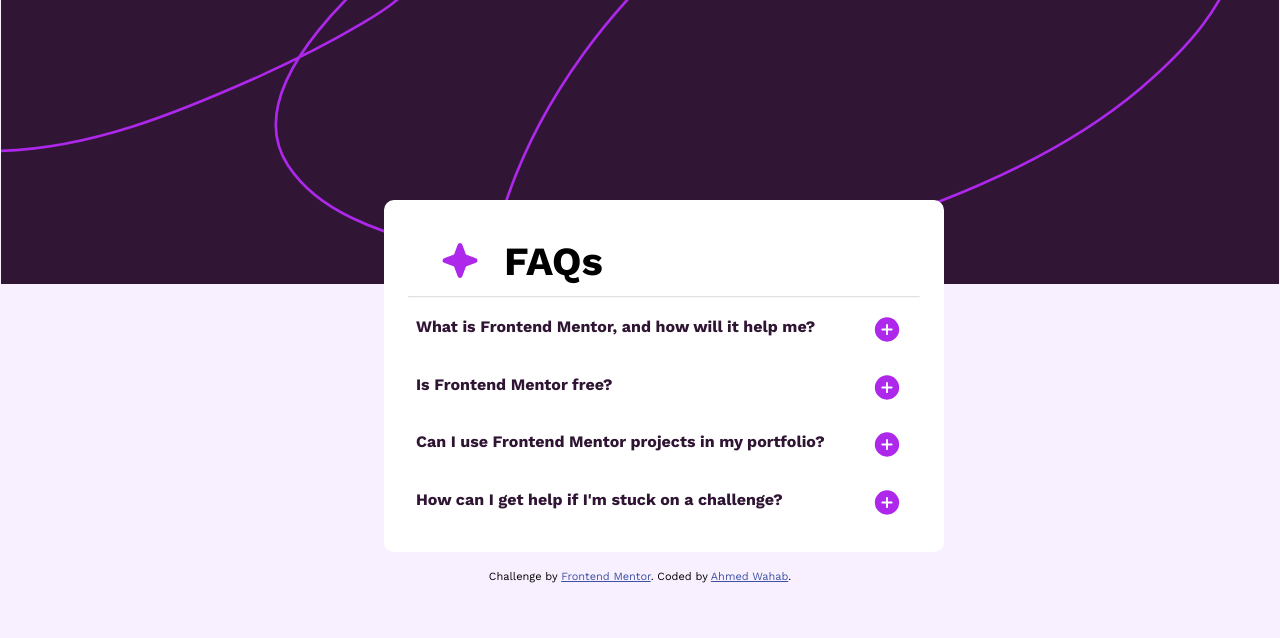
Repository: imokha01/accordion-main
Page: index.html
The author's editor kept a copy of each file at every save. The page is drawn from the files as they stood at one save, then again after the next save.
The browser window is 1280 px wide. The pictures show the whole page.

Above is the page before, as saved 2023-12-28 14:06:28.

### index.html
<!DOCTYPE html>
<html lang="en">
  <head>
    <meta charset="UTF-8" />
    <meta name="viewport" content="width=device-width, initial-scale=1.0" />
    <!-- displays site properly based on user's device -->
    <link rel="stylesheet" href="./index.css">
    <link
      rel="stylesheet"
      href="https://cdnjs.cloudflare.com/ajax/libs/font-awesome/6.5.1/css/all.min.css"
      integrity="sha512-DTOQO9RWCH3ppGqcWaEA1BIZOC6xxalwEsw9c2QQeAIftl+Vegovlnee1c9QX4TctnWMn13TZye+giMm8e2LwA=="
      crossorigin="anonymous"
      referrerpolicy="no-referrer"
    />
    <link
      rel="icon"
      type="image/png"
      sizes="32x32"
      href="./assets/images/favicon-32x32.png"
    />
    <link rel="preconnect" href="https://fonts.googleapis.com" />
    <link rel="preconnect" href="https://fonts.gstatic.com" crossorigin />
    <link
      href="https://fonts.googleapis.com/css2?family=Work+Sans:wght@400;600;700&display=swap"
      rel="stylesheet"
    />
    <title>Frontend Mentor | FAQ accordion</title>
    <!-- Feel free to remove these styles or customise in your own stylesheet 👍 -->
    <style>
      .attribution {
        font-size: 11px;
        text-align: center;
        margin-top: 1rem;
      }
      .attribution a {
        color: hsl(228, 45%, 44%);
      }
    </style>
  </head>
  <body>
    <div class="container">
      <div class="wrapper">
        <!-- first div content -->
        <main>
          <div id="header">
            <img src="./assets/images/icon-star.svg" alt="star-icon">
            <p id="headerpara">FAQs</p>
          </div>
          <hr>
          <div class="Div" id="div1">
            <div class="title">
              <p class="question">What is Frontend Mentor, and how will it help me?</p>
            </div>
            <div class="para">
              <p id="para1">
                Frontend Mentor offers realistic coding challenges to help developers
                improve their frontend coding skills with projects in HTML, CSS, and
                JavaScript. It's suitable for all levels and ideal for portfolio
                building.
              </p>
            </div>
          </div>
          <!-- second div content -->
          <div class="Div" id="div2">
            <div class="title">
              <p class="question">Is Frontend Mentor free?</p>
            </div>
            <div class="para">
              <p id="para2">
                Yes, Frontend Mentor offers both free and premium coding challenges,
                with the free option providing access to a range of projects suitable
                for all skill levels.
              </p>
            </div>
          </div>
          <!-- third div content -->
          <div class="Div" id="div3">
            <div class="title">
              <p class="question">Can I use Frontend Mentor projects in my portfolio?</p>
            </div>
            <div class="para">
              <p id="para3">
                Yes, you can use projects completed on Frontend Mentor in your
                portfolio. It's an excellent way to showcase your skills to potential
                employers!
              </p>
            </div>
          </div>
          <!-- fourth div content -->
          <div class="Div" id="div4">
            <div class="title">
              <p class="question">How can I get help if I'm stuck on a challenge?</p>
            </div>
            <div class="para">
              <p id="para4">
                The best place to get help is inside Frontend Mentor's Discord
                community. There's a help channel where you can ask questions and seek
                support from other community members.
              </p>
            </div>
          </div>
        </main>
        <!-- footer div -->
        <div class="attribution">
          Challenge by
          <a href="https://www.frontendmentor.io?ref=challenge" target="_blank"
            >Frontend Mentor</a
          >. Coded by <a href="#">Ahmed Wahab</a>.
        </div>
      </div>
    </div>
    <script src="./index.js"></script>
  </body>
</html>

### index.css
:root {
    --White: hsl(0, 0%, 100%);
    --lightPink: hsl(275, 100%, 97%);
    --grayishPurple: hsl(292, 16%, 49%);
    --darkPurple:  hsl(292, 42%, 14%);
    --workSans: 'Work Sans', sans-serif;
}

* {
    margin: 0;
    padding:0;
    box-sizing: border-box;
}

body {
    font-size: 16px;
    font-family: var(--workSans);
    background-color: var(--lightPink);
    position: relative;
    line-height: 1.6;
}

.container  {
    background-image: url("./assets/images/background-pattern-desktop.svg");
    background-repeat: no-repeat;
    background-size: contain;
    display: flex;
    flex-direction: column;
    justify-content: center;
    align-items: center;
    overflow: hidden;
}

hr {
    background-color: var(--lightPink);
    margin-top: .7rem;
    opacity: 0.3;
}

.wrapper {
    width: 35rem;
    padding: 1.5rem;
    left: 30rem;
    border-radius: 10px;
    transition: height 0.5s ease-in 1ms;
}

main  {
    background-color: #fff;
    border-radius: 10px;
    padding: inherit;
    width: inherit;
    overflow: hidden;
    margin-top: 11em;
    transition: height 0.5s ease-in 1ms;
    overflow: hidden;
    scrollbar-gutter: none ;
}

#headerpara {
    font-size: 2.5rem;
    font-weight: 700;
    margin : -.6rem 1.5rem;

}

#header > img{
    padding-left: 2rem;
}

div#header {
    display: flex;
    flex-direction: row;
    justify-content: flex-start;
    align-items: flex-start;
    width: 10rem;
    margin-top: 1rem;
}

.Div {
    display: flex;
    flex-direction: column;
    justify-content: space-between ;
    padding: 1rem .5rem;
    height: fit-content;
    transition: height 0.5s ease-in;

}

.title {
    display: flex;;
    justify-content: space-between;
}

.Div div  img {
    cursor: pointer;
}

.title p {
    font-weight: 700;
    color: var(--darkPurple);
    cursor: pointer;
}

.para {
    color: var(--grayishPurple);
    margin-top: 1.2rem;
    transition: height 0.5s ease-in 1s;
    overflow: hidden;
    display: none;
}

.title{
    position: relative;
    width: 90%;

}

.title p:hover {
    color: #AD2AEB;
}

.title::after{
    content:  url(./assets/images/icon-plus.svg);
    position: absolute;
    right: -40px;
}

.active::after{
    content: url(./assets/images/icon-minus.svg);
    right: -40px;

}

.active, .question:hover {
    content: "";
}

@media (max-width: 768px){
    .container {
        background-image: url(./assets/images/background-pattern-mobile.svg);
        margin: 0;
    }
    main {
        transform: scale(1.02);
    }
    .wrapper, main {
        width: 100%;
        margin: 3rem -.1rem ;
    }

    .title {
        width: 14rem;
    }

    .title::after,
    .active::after {
        right: -6.2rem;
    }


    .para {
        font-size: .85rem;
    }

    #header > img{
        padding-left: 1rem;
        width: 3rem;
    }

    #headerpara {
        font-size: 2.2rem;
        font-weight: 700;


    }

}

### index.js
// const answer = document.getElementsByClassName("para");
const question = document.getElementsByClassName("title");

for (let i = 0; i < question.length; i++ ) {
    question[i].addEventListener("click", function(){
        this.classList.toggle("active");
        let active = this.addEventListener.nextElementSibling;
        let para = this.nextElementSibling;
        if(para.style.display === "block"){
            para.style.display = "none";
        } else {
            para.style.display = "block";
        }
    });
}





// var acc = document.getElementsByClassName("accordion");
// var i;

// for (i = 0; i < acc.length; i++) {
//   acc[i].addEventListener("click", function() {
//     /* Toggle between adding and removing the "active" class,
//     to highlight the button that controls the panel */
//     this.classList.toggle("active");

//     /* Toggle between hiding and showing the active panel */
//     var panel = this.nextElementSibling;
//     if (panel.style.display === "block") {
//       panel.style.display = "none";
//     } else {
//       panel.style.display = "block";
//     }
//   });
// }

After the next save:
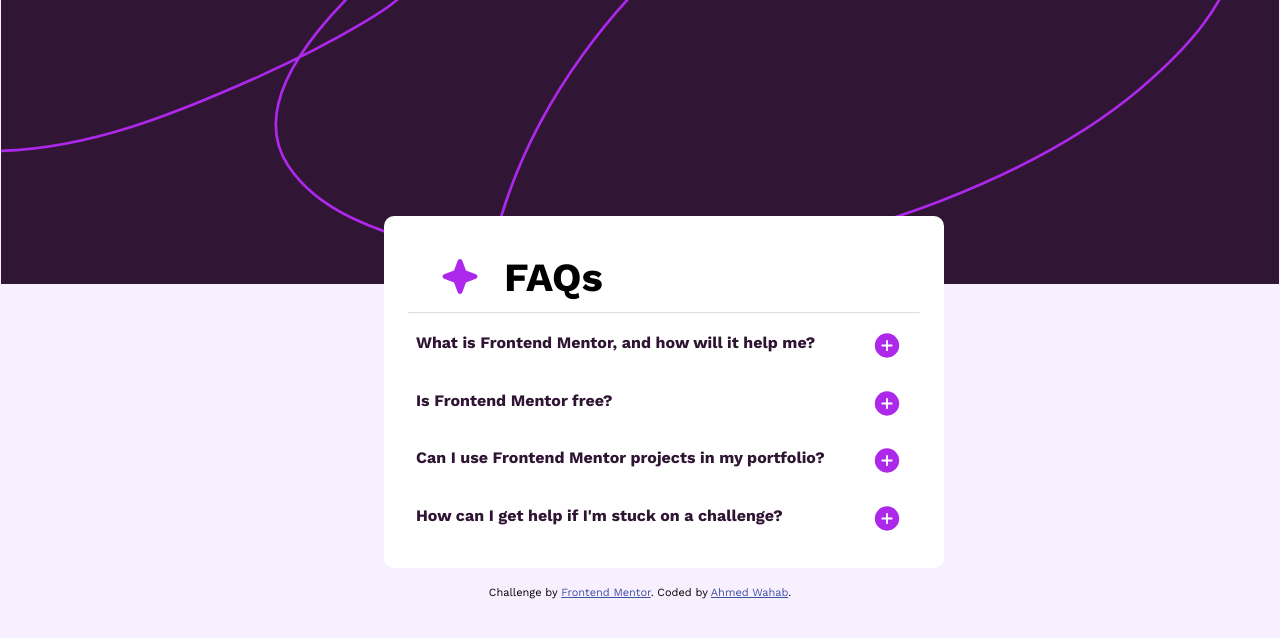
Saved 4 s later.
--- a/index.css
+++ b/index.css
@@ -51,7 +51,7 @@
     padding: inherit;
     width: inherit;
     overflow: hidden;
-    margin-top: 11em;
+    margin-top: 12em;
     transition: height 0.5s ease-in 1ms;
     overflow: hidden;
     scrollbar-gutter: none ;
